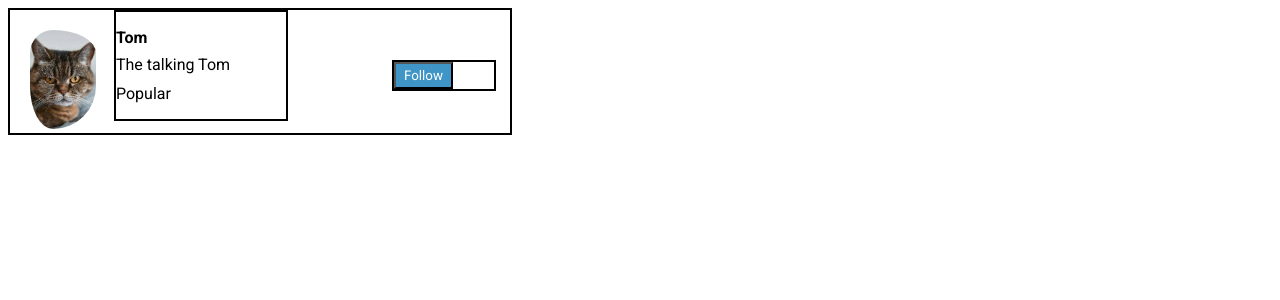
Repository: RagulRanjeeth/Frontend
Page: Exercises/Layouts.html
These files come from the project's save history. The page is drawn as it stood at one moment and after the next save; the edit follows.
The browser window is 1280 px wide. The pictures show the whole page.

Above is the page before, as saved 2026-01-23 16:33:58.

### Exercises/Layouts.html
<!DOCTYPE html>
<html>
    <head>
        <title>
            Layout Exercises
        </title>
        <link rel="stylesheet" href="Profile.css">
            <link rel="preconnect" href="https://fonts.googleapis.com">
    <link rel="preconnect" href="https://fonts.gstatic.com" crossorigin>
    <link href="https://fonts.googleapis.com/css2?family=Montserrat:ital,wght@0,100..900;1,100..900&family=Roboto:ital,wght@0,100..900;1,100..900&display=swap" rel="stylesheet">
    </head>
    <body>
        <div class="MainContainer">
            <div class="ProfilePictureContainer">
               <img class="CatImage" src="ProfilePic/download.jpg">
            </div>
            <div class="ProfileDescription">
                <p class="DescriptionName">Tom</p>
                <p class="DescriptionSecondaryName">The talking Tom</p>
                <p class="DescriptionPopular">Popular</p>
            </div>
            <div class="ProfileButton">
                <button class="Profile">Follow</button>
            </div>
        </div>
    </body>
</html>

### Exercises/Profile.css
.MainContainer{
    width:500px;
    border-width:2px;
    border-style: solid;
}
.ProfilePictureContainer{
    width:100px;
    display:inline-block;
    vertical-align: top;

}

.CatImage{
    width:66px;
    border-radius:50px;
    padding-left:20px;
    padding-top:20px;
}

.ProfileDescription{
    width:170px;
    display:inline-block;
    font-family: Roboto, Arial;
    border-width:2px;
    border-style: solid;
    vertical-align: top;

}

.ProfileButton{
     width:100px;
    display:inline-block;
    border-width:2px;
    border-style: solid;
     vertical-align: top;
     margin-left: 100px;
     margin-top: 50px;
}

.DescriptionName{
    font-weight: bold;
    margin-bottom:0px;
}

.DescriptionSecondaryName{
    margin-top:8px;
    margin-bottom:0px;

}

.DescriptionPopular{
    margin-top:10px;
}

.Profile{
  padding-left: 8px;
  padding-right: 8px;
  padding-top: 4px;
  padding-bottom: 4px;
  background-color: rgba(21, 126, 187, 0.815);
  color:white;
  font-family: Roboto, Arial;


}

After the next save:
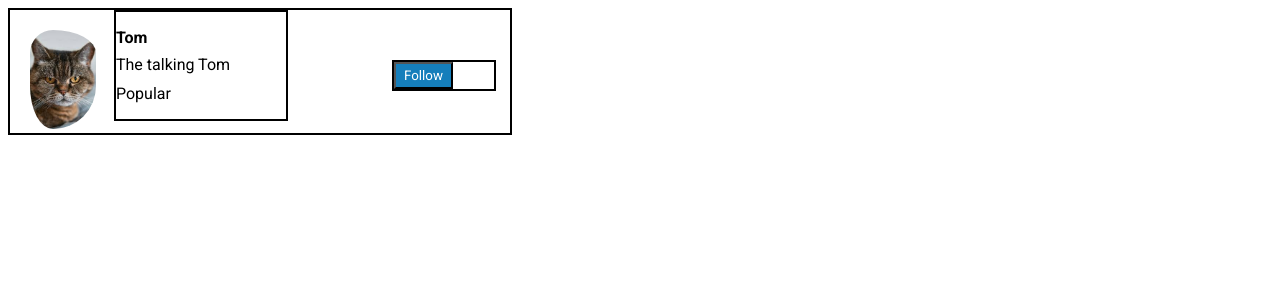
Saved 5 s later.
--- a/Exercises/Profile.css
+++ b/Exercises/Profile.css
@@ -57,7 +57,7 @@
   padding-right: 8px;
   padding-top: 4px;
   padding-bottom: 4px;
-  background-color: rgba(21, 126, 187, 0.815);
+  background-color: rgb(21, 126, 187);
   color:white;
   font-family: Roboto, Arial;
 
